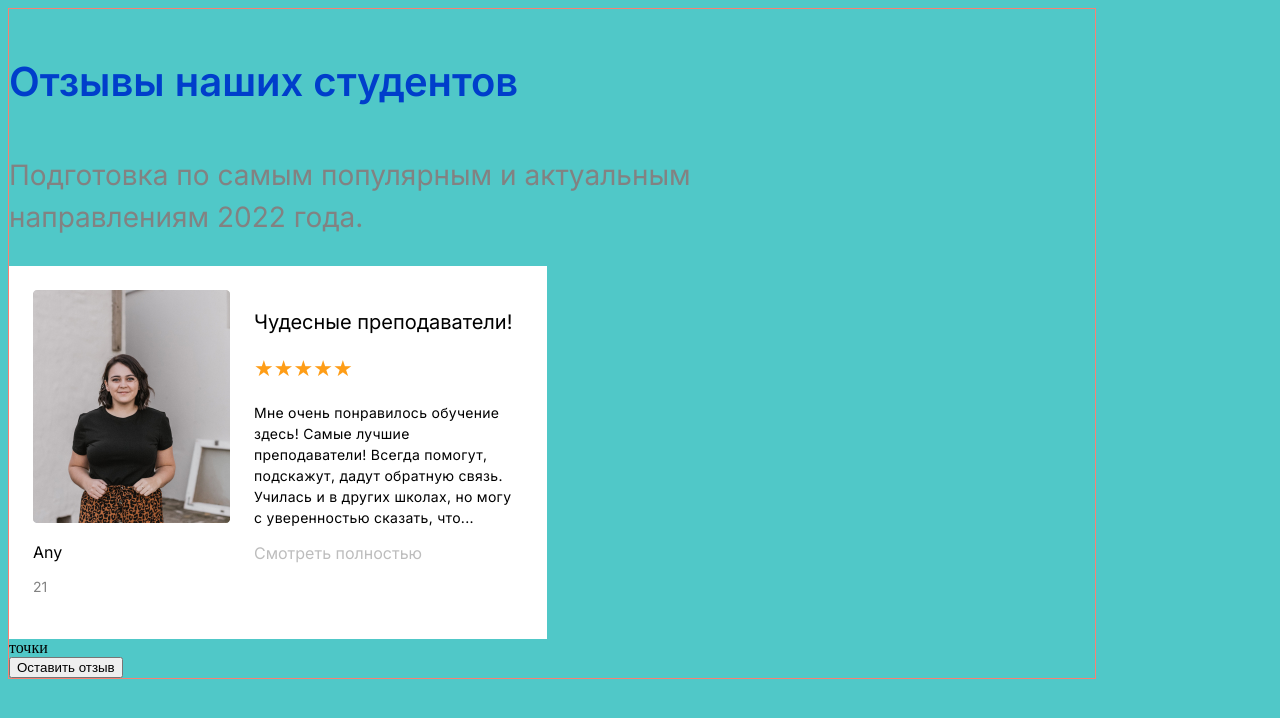
Repository: Malvuna/Studi
Page: index.html
An editor plug-in stored every save of this project. The page is shown before and after the next save, followed by the edit.
The browser window is 1280 px wide. The pictures show the whole page.

Above is the page before, as saved 2022-07-11 17:28:41.
Console error: ReferenceError: node is not defined

After the next save:
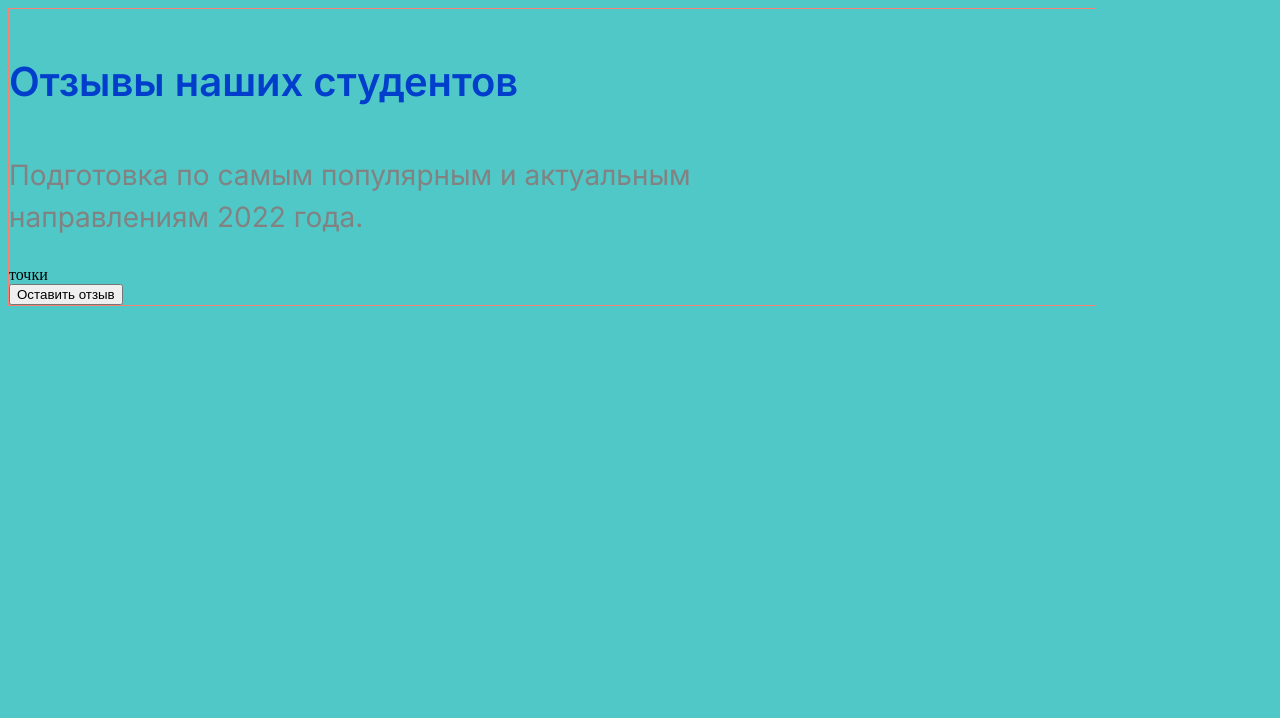
Console error: SyntaxError: Identifier 'divOneCard' has already been declared
Saved 9 s later.
--- a/javascript/javascript.js
+++ b/javascript/javascript.js
@@ -55,4 +55,4 @@
 
 
 // вторая карточка
-var dupNode = node.cloneNode(deep);
+var divOneCard = divOneCard.cloneNode(deep);

After the 2 saves that followed:
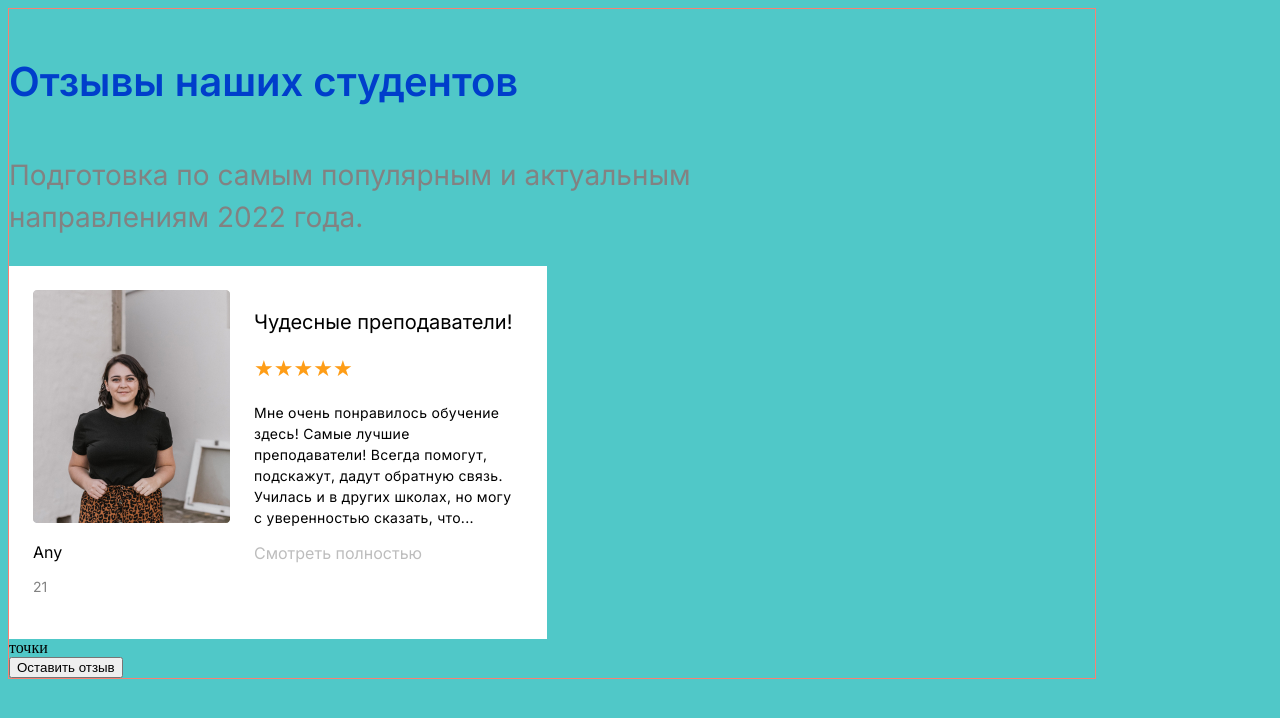
Console error: ReferenceError: deep is not defined
The 2 saves are shown as one change because they came seconds apart.
The last was saved 6 s later.
--- a/javascript/javascript.js
+++ b/javascript/javascript.js
@@ -55,4 +55,4 @@
 
 
 // вторая карточка
-var divOneCard = divOneCard.cloneNode(deep);
+var divTwoCard = divOneCard.cloneNode(deep);
